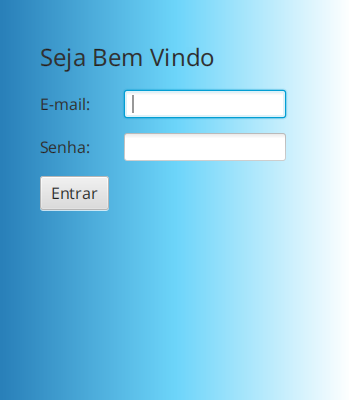
Repository: vitmac1/eclipse-workspace-project
Program's window: java exercicios-javafx/src/fxml/AppFXML.java
An editor plug-in stored every save of this project. The program's window is shown before and after a run of saves, followed by the edit.
It runs on Java 21 on a 1366 x 768 screen with JavaFX 11; the title bar is not drawn.

Above is the program's window before, as saved 2022-10-21 19:56:27.

### exercicios-javafx/src/fxml/AppFXML.java
package fxml;

import java.net.URL;

import javafx.application.Application;
import javafx.fxml.FXMLLoader;
import javafx.scene.Scene;
import javafx.scene.layout.GridPane;
import javafx.stage.Stage;

public class AppFXML extends Application{

	@Override
	public void start(Stage primaryStage) throws Exception {
		String arquivoCSS = getClass().getResource("/fxml/Login.css").toExternalForm();
		URL arquivoFXML = getClass().getResource("/fxml/Login.fxml");
		GridPane raiz = FXMLLoader.load(arquivoFXML);

		Scene cena = new Scene(raiz, 350, 400);
		cena.getStylesheets().add(arquivoCSS);

		primaryStage.setResizable(false);
		primaryStage.setTitle("Tela Login");
		primaryStage.setScene(cena);
		primaryStage.show();
	}

	public static void main(String[] args) { launch(args); }
}

### exercicios-javafx/src/fxml/LoginControlador.java
package fxml;

import javafx.fxml.FXML;
import javafx.scene.control.TextField;
import javafx.scene.control.PasswordField;

public class LoginControlador {

	@FXML
	private TextField campoEmail;

	@FXML
	private PasswordField campoSenha;

	public void entrar() {
		System.out.println(campoEmail.getText());
		System.out.println(campoSenha.getText());
	}

}

### exercicios-javafx/src/fxml/Login.fxml
<?xml version="1.0" encoding="UTF-8"?>

<?import javafx.geometry.Insets?>
<?import javafx.scene.layout.*?>
<?import javafx.scene.control.*?>

<GridPane xmlns:fx="http://javafx.com/fxml/1"
	fx:controller="fxml.LoginControlador"
	styleClass="login" hgap="15" vgap="15">

	<padding>
		<Insets left="40" right="40" top="40"/>
	</padding>

	<Label text="Seja Bem Vindo"
		styleClass="login-titulo"
		GridPane.columnIndex="0" GridPane.rowIndex="0"
		GridPane.columnSpan="2"></Label>

	<Label text="E-mail: "
		styleClass="login-form-label"
		GridPane.columnIndex="0" GridPane.rowIndex="1"></Label>
	<TextField fx:id="campoEmail"
		GridPane.columnIndex="1" GridPane.rowIndex="1"></TextField>

	<Label text="Senha: "
		styleClass="login-form-label"
		GridPane.columnIndex="0" GridPane.rowIndex="2"></Label>
	<PasswordField fx:id="campoSenha"
		GridPane.columnIndex="1" GridPane.rowIndex="2"></PasswordField>

	<Button text="Entrar"
		styleClass="login-form-botao"
		GridPane.columnIndex="0" GridPane.rowIndex="3"
		onAction="#entrar">
	</Button>

</GridPane>

### exercicios-javafx/src/fxml/Login.css
.login {
	-fx-background-color: linear-gradient(to right, rgb(41, 128, 185), rgb(109, 213, 250), rgb(255, 255, 255));
}

.login-titulo{
	-fx-font-size: 24px;
	-fx-font-fill: #FFF;
}

.login-form-label{
	-fx-font-size: 16px;
	-fx-font-fill: #FFF;
}

.login-form-botao{
	-fx-font-size: 16px;
}

After the next 2 saves:
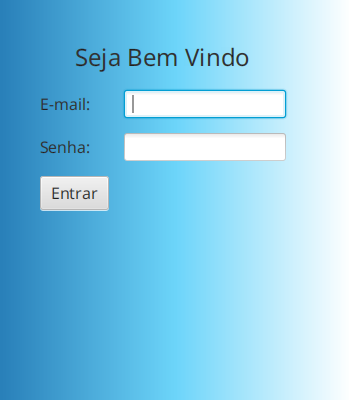
The 2 saves are shown as one change because 1 did not build or start.
The last was saved 60 s later.
--- a/exercicios-javafx/src/fxml/Login.fxml
+++ b/exercicios-javafx/src/fxml/Login.fxml
@@ -15,7 +15,7 @@
 	<Label text="Seja Bem Vindo"
 		styleClass="login-titulo"
 		GridPane.columnIndex="0" GridPane.rowIndex="0"
-		GridPane.columnSpan="2"></Label>
+		GridPane.columnSpan="2" GridPane.halignment="CENTER"></Label>
 
 	<Label text="E-mail: "
 		styleClass="login-form-label"
